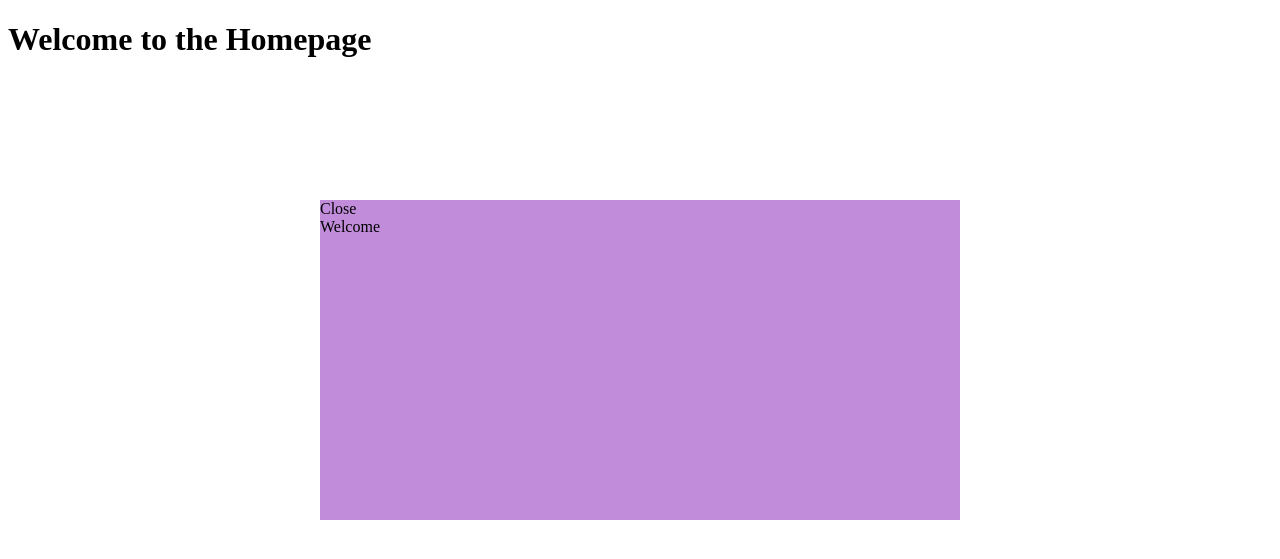
Repository: juliet-jskim/week9-popup-MDIA2109
Page: /
These files come from the project's save history. The page is drawn as it stood at one moment and after the next save; the edit follows.
The browser window is 1280 px wide. The pictures show the whole page.
The project was rebuilt for these pictures with package versions that can differ from the ones it lists, and the page was loaded fresh each time. The framework's server and built-in components were replaced by stand-ins that run in the browser. Also part of the build but not shown: next.config.js.

Above is the page before, as saved 2023-02-27 10:05:35.

After the next save:
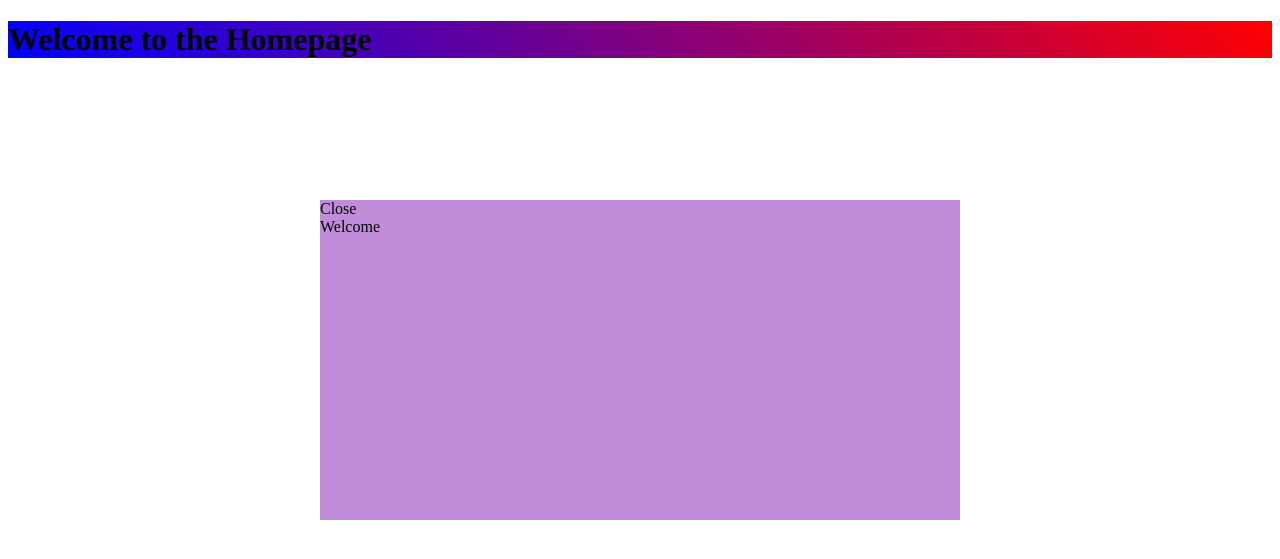
Saved 12 s later.
--- a/styles/Home.module.css
+++ b/styles/Home.module.css
@@ -1,4 +1,4 @@
 .main {
   font-family: lust;
-  background-color:linear-gradient(45deg, blue, red);
+  background:linear-gradient(45deg, blue, red);
 }
